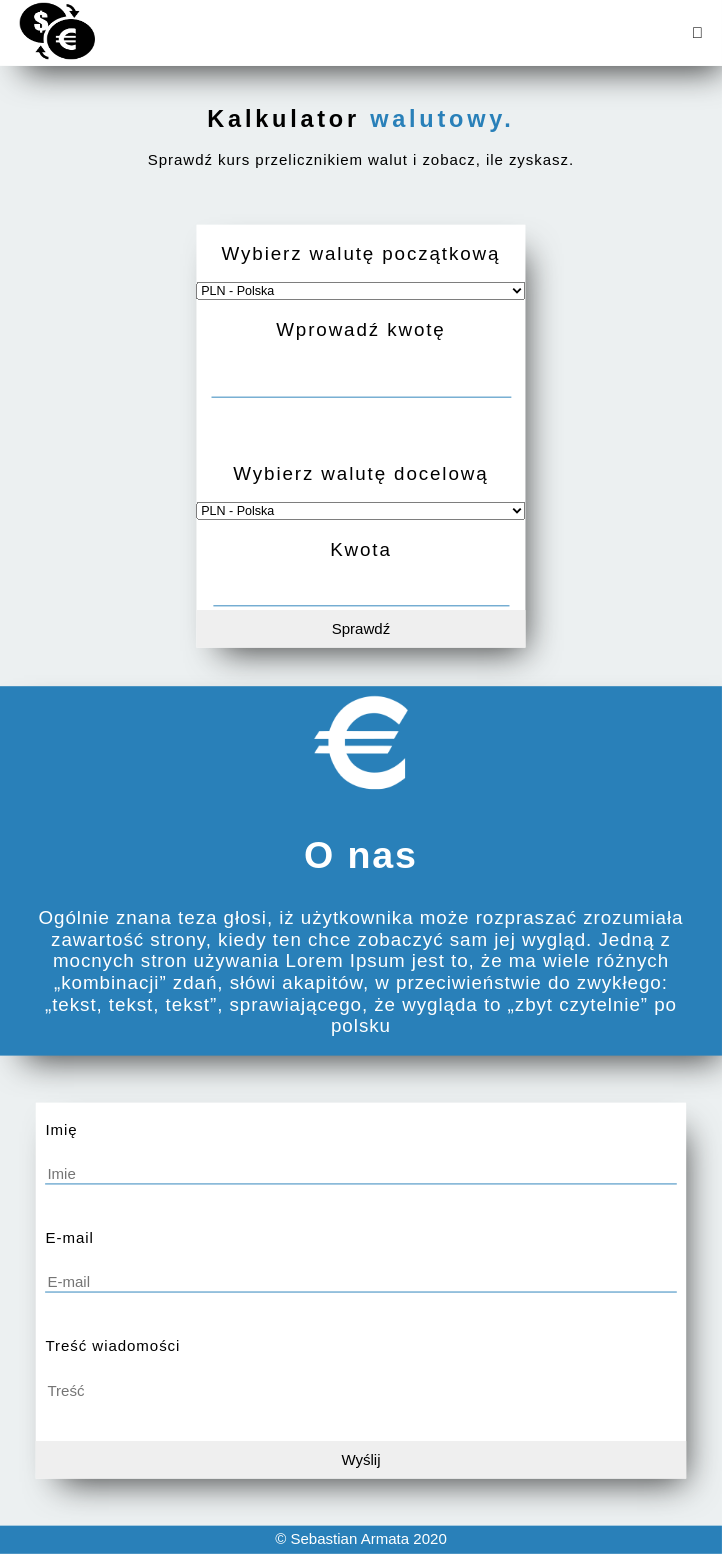
Repository: SebastianArmata22/Kalkulator-walut
Page: index.html
These files come from the project's save history. The page is drawn as it stood at one moment and after the next save; the edit follows.
The browser window is 768 px wide. The pictures show the whole page, at 94% of full size.
Some web libraries are served in a nearby version.

Above is the page before, as saved 2020-11-21 14:26:47.

After the next save:
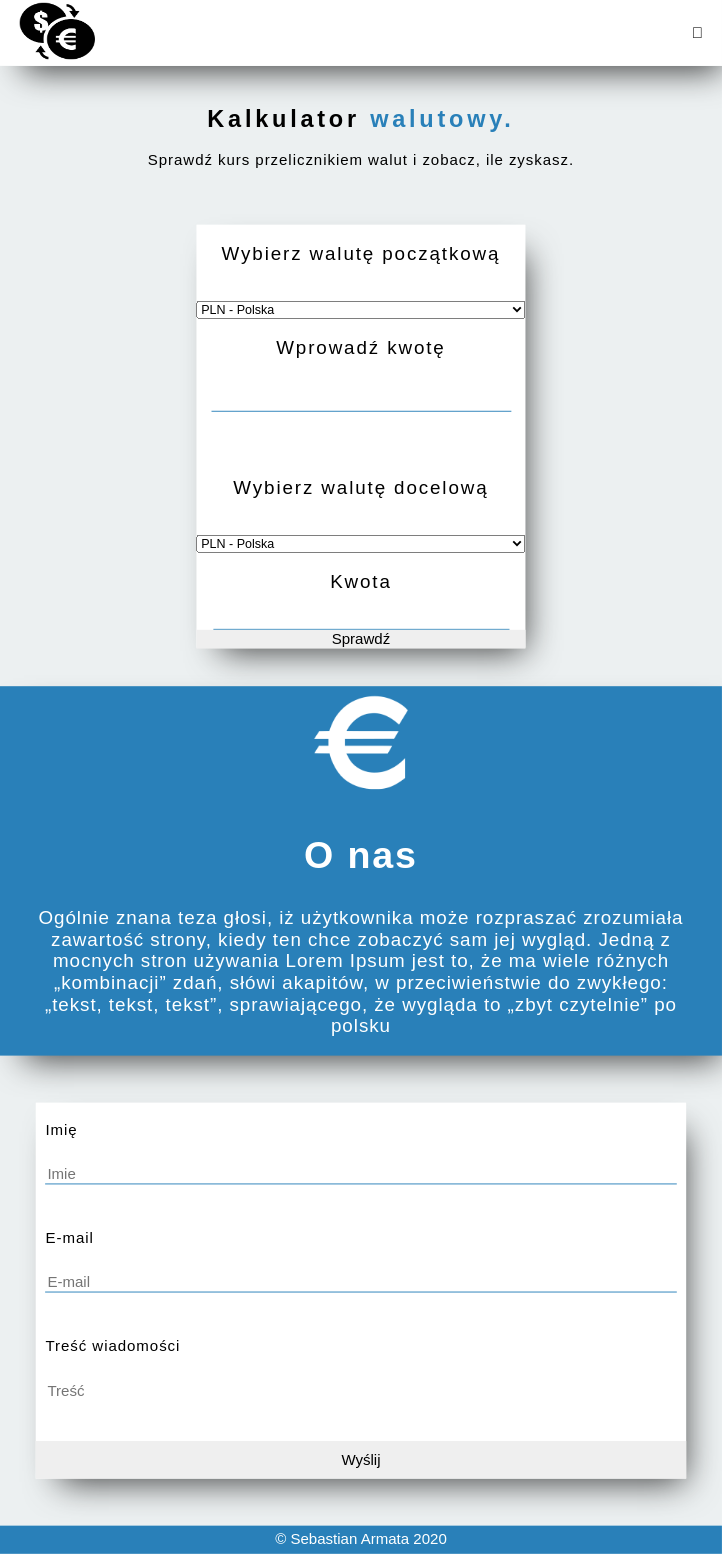
Saved 2 h 20 min later.
--- a/style.css
+++ b/style.css
@@ -125,6 +125,7 @@ body{
 }
 .text-label{
     margin-top: 20px;
+    margin-bottom: 20px;
     font-size: 20px;
     letter-spacing: 2px;
 }
@@ -245,7 +246,7 @@ max-width: 300px;
         height: 70px;
         justify-content: flex-end;
     }
-    .logo{
+.logo{
         position: absolute;
         left: 1px;
     }
